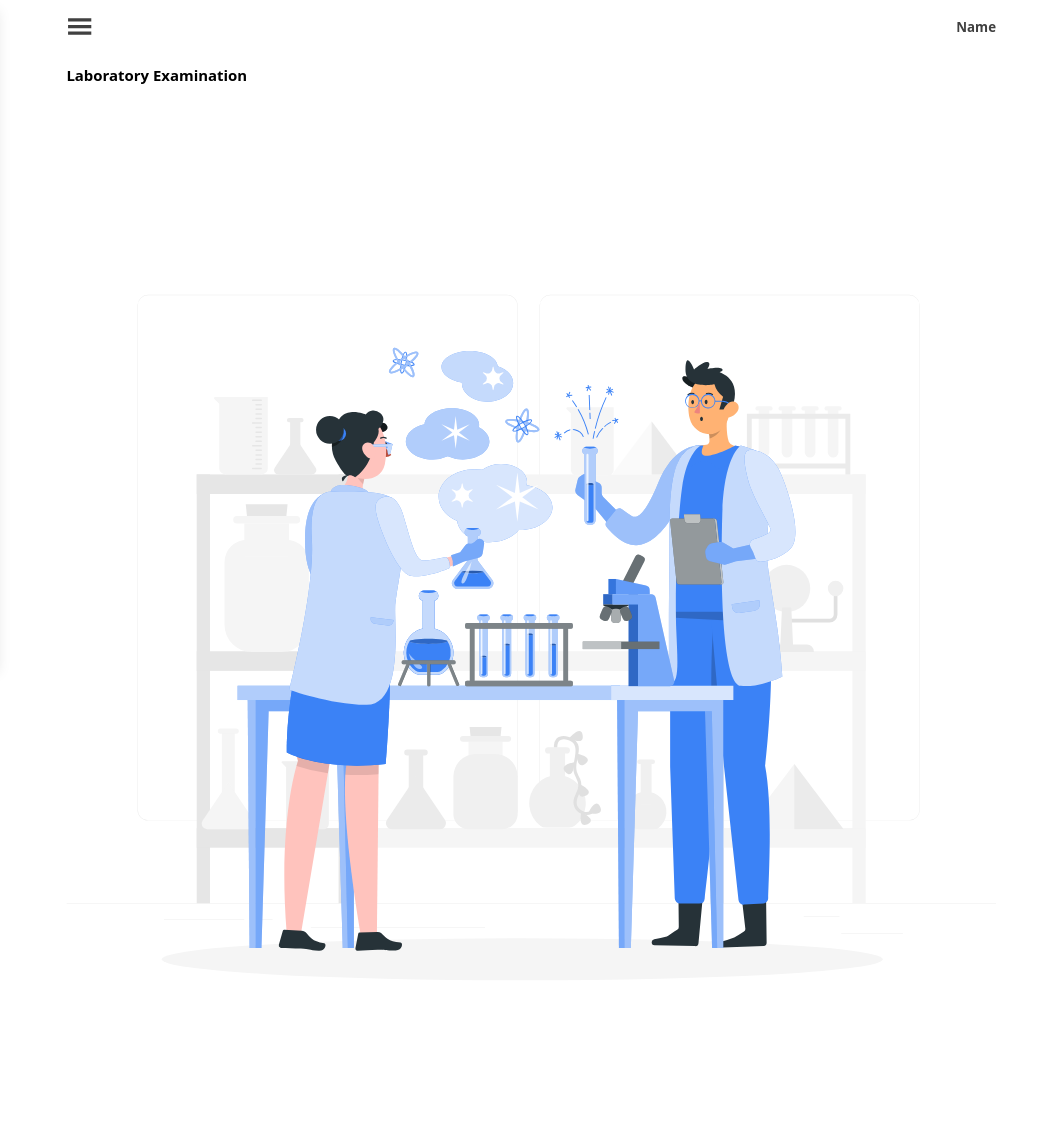
Repository: Sanaa00/HI-user
Page: /laboratory
These files come from the project's save history. The page is drawn as it stood at one moment and after the next save; the edit follows.
The browser window is 1280 px wide. The pictures show the whole page, at 83% of full size.
The page's requests for data from a server got no answer. The project was rebuilt for these pictures with package versions that can differ from the ones it lists, and the page was loaded fresh each time. No one was signed in, and anything a server would have sent is missing. Also part of the build but not shown: vite.config.js, src/App.css, src/Pages/Home.jsx, src/Pages/Prescription.jsx, src/Components/modalComponent.jsx, src/Components/Pagination.jsx, src/Pages/Radiographic.jsx, src/Components/InputField.jsx and 2 more.

Above is the page before, as saved 2024-01-12 15:09:49.

### src/main.jsx
import React from 'react';
import ReactDOM from 'react-dom/client';
import App from './App.jsx';
import './index.css';
import Modal from 'react-modal';
import { BrowserRouter } from 'react-router-dom';
Modal.setAppElement('#root');
ReactDOM.createRoot(document.getElementById('root')).render(
  <React.StrictMode>
    <BrowserRouter>
      {/* <Provider store={store}> */}
      <App />
      {/* </Provider>{' '} */}
    </BrowserRouter>
  </React.StrictMode>,
);

### src/App.jsx
import { Route, Routes } from 'react-router-dom';
import './App.css';
import Home from './Pages/Home';
// import Test from './Pages/Test';
import Navbar from './Components/Navbar';
import Prescription from './Pages/Prescription';
import Laboratory from './Pages/Laboratory';
import Radiographic from './Pages/Radiographic';
import ModalComponent from './Components/modalComponent';
import Login from './Pages/Login';
import SignUp from './Pages/SignUp';

function App() {
  return (
    <>
      <Navbar />
      <Routes>
        <Route path="/home" element={<Home />} />
        <Route path="/laboratory" element={<Laboratory />}>
          <Route path=":id" element={<ModalComponent />} />
        </Route>
        <Route path="/Radiographic" element={<Radiographic />} />
        <Route path="/Prescription" element={<Prescription />} />
        <Route path="/" element={<Login />} />
        <Route path="/signup" element={<SignUp />} />
        {/* <Route path="products" element={<Products />} />
          <Route path="setting" element={<Setting />} />
          <Route path="hide" element={<HideProducts />} /> */}
        {/* </Route> */}
      </Routes>
    </>
  );
}

export default App;

### src/Components/Navbar.jsx
import { useState } from 'react';
import { Link, NavLink } from 'react-router-dom';
import { GiHamburgerMenu } from 'react-icons/gi';
import { IoCloseSharp } from 'react-icons/io5';
function Navbar() {
  const [open, setOpen] = useState(false);
  return (
    <div className="flex text-neutral-700 top-0 z-50 fixed px-4 sm:px-10 md:px-20 justify-between items-center bg-white h-16 w-full">
      <div
        className={` flex justify-between hover:bg-opacity-80 duration-500 hover:duration-500 items-center w-full h-full text-lg font-bold`}
      >
        <button onClick={() => setOpen(!open)} className="">
          <GiHamburgerMenu className="w-8 h-8" />
        </button>{' '}
        <div
          className={` bg-white rounded-sm  flex flex-col fixed w-4/5 lg:w-96 top-0 z-40 left-0 shadow-lg transform duration-500 ease-in-out ${
            open ? 'translate-x-0' : '-translate-x-full'
          }`}
        >
          <button
            onClick={() => setOpen(!open)}
            className="mt-3 mb-2 left-0 px-3 flex h-16"
          >
            <IoCloseSharp className="w-9 h-9" />
          </button>

          <div className="w-full h-screen flex flex-col text-orange p-4">
            <Link to="/home" onClick={() => setOpen(!open)} className="pb-3">
              Person Information
            </Link>
            <Link
              to="/Radiographic"
              onClick={() => setOpen(!open)}
              className="py-3"
            >
              Radiographic examination
            </Link>
            <Link
              to="/laboratory"
              onClick={() => setOpen(!open)}
              className="py-3"
            >
              Laboratory examination
            </Link>
            <Link
              to="/Prescription"
              onClick={() => setOpen(!open)}
              className="py-3"
            >
              Prescription
            </Link>
          </div>
        </div>
      </div>
      <NavLink to="/home" className="ml-2 font-bold">
        Name
      </NavLink>
    </div>
  );
}

export default Navbar;

### src/Pages/Laboratory.jsx
import { useEffect, useState } from 'react';
import Modal from 'react-modal';
import ModalComponent from '../Components/modalComponent';
import Pagination from '../Components/Pagination';
import { supabase } from '../supabaseClient';
import Laboratory from '../assets/images/Laboratory.svg';
function LaboratoryExamination() {
  const [data, setData] = useState([]);

  useEffect(() => {
    const fetchData = async () => {
      const { data, error } = await supabase
        .from('laboratoryExamination')
        .select('*'); // Select all columns, you can specify specific columns if needed
      // .eq('id', 34567890)
      // .single();
      console.log('first', data);
      if (error) console.log('Error', error);
      else setData(data);
    };

    fetchData();
  }, []);

  const Laboratorys = [
    {
      id: 1,
      name: 'Test1',
      Date: '1-1-2000',
      image:
        'https://www.sinotester.com/Uploads/image/20180305/20180305024600_57318.jpg',
    },
    {
      id: 2,
      name: 'Test2',
      Date: '1-1-2000',
      image:
        'https://management.ind.in/img/a/ESIC-Medical-Lab-Technician-Exam-paper-5.jpg',
    },
    {
      id: 3,
      name: 'Test3',
      Date: '1-1-2000',
      image:
        'https://management.ind.in/img/a/ESIC-Medical-Lab-Technician-Exam-paper-5.jpg',
    },
    {
      id: 4,
      name: 'Test4',
      Date: '1-1-2000',
      image:
        'https://management.ind.in/img/a/ESIC-Medical-Lab-Technician-Exam-paper-5.jpg',
    },
    {
      id: 5,
      name: 'Test5',
      Date: '1-1-2000',
      image:
        'https://management.ind.in/img/a/ESIC-Medical-Lab-Technician-Exam-paper-5.jpg',
    },
  ];
  const [modalIsOpen, setIsOpen] = useState(false);
  function closeModal() {
    setIsOpen(false);
  }
  function openModal() {
    setIsOpen(true);
  }
  const customStyles = {
    content: {
      top: '50%',
      left: '50%',
      right: 'auto',
      bottom: 'auto',
      // height: 'fit',
      marginRight: '-50%',
      transform: 'translate(-50%, -50%)',
    },
  };

  return (
    <div className="mt-10 min-h-screen p-4 sm:px-10 md:px-20">
      {' '}
      <div className="mt-5 font-bold text-lg">Laboratory Examination</div>
      {data.length === 0 ? (
        <div className="w-full mt-32 flex justify-center items-center">
          <img src={Laboratory} alt="No Laboratory Examination" />
        </div>
      ) : (
        <div className="flex flex-col lg:grid lg:grid-cols-2 lg:gap-5 xl:grid-cols-3 ">
          {Laboratory.map((item) => {
            return (
              <div key={item.id} className="mt-5  bg-neutral-100 rounded-md">
                <button onClick={openModal} className="w-full h-60">
                  <img
                    src={item.image}
                    alt="test paper"
                    className="w-full h-60 object-cover"
                  />
                </button>
                <Modal
                  onRequestClose={closeModal}
                  isOpen={modalIsOpen}
                  style={customStyles}
                >
                  <ModalComponent item={item} />
                </Modal>
                <div className="p-4 flex justify-between items-center ">
                  <span>{item.name}</span>
                  <span>{item.Date}</span>
                </div>
              </div>
            );
          })}{' '}
          <Pagination />
        </div>
      )}
      <div>{console.log(data)}</div>
      {/* {data.map((item) => (
        <div key={item.id}>
          <div> {item.cardId}</div>
          <div> {item.fullName}</div>
          <div> {item.contactNumber}</div>
          <div> {item.gender}</div>
        </div> */}
      {/* ))}{' '} */}
    </div>
  );
}

export default LaboratoryExamination;

### src/supabaseClient.js
import { createClient } from '@supabase/supabase-js';

const supabaseUrl =
    import.meta.env.VITE_REACT_APP_SUPABASE_URL;
const supabaseAnonKey =
    import.meta.env.VITE_REACT_APP_SUPABASE_ANON_KEY;

export const supabase = createClient(supabaseUrl, supabaseAnonKey);

Loaded but not shown: index.html (common file); src/index.css (common file); tailwind.config.js (common file)

After the next save:
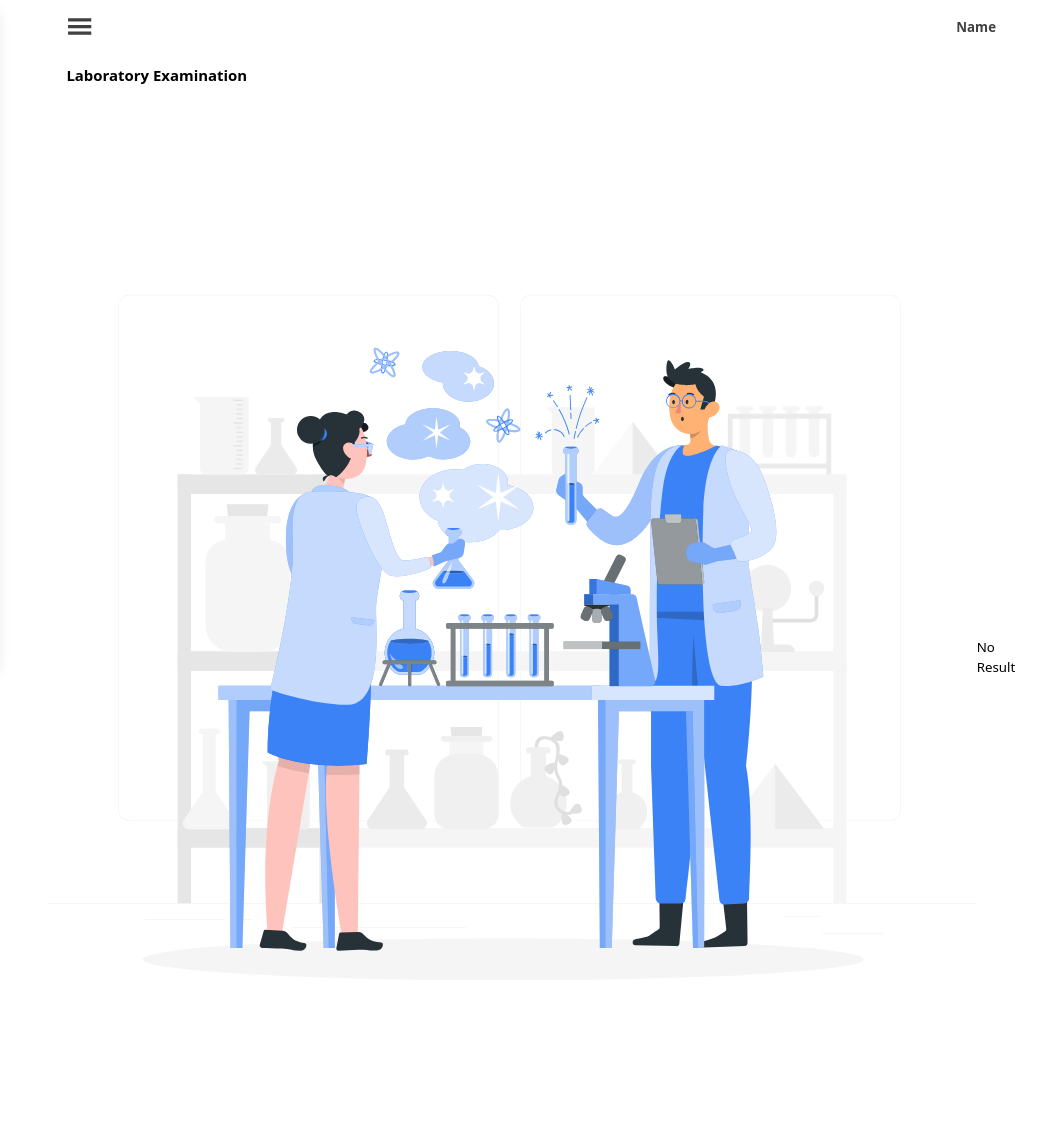
Saved 31 s later.
--- a/src/Pages/Laboratory.jsx
+++ b/src/Pages/Laboratory.jsx
@@ -85,6 +85,7 @@ function LaboratoryExamination() {
       {data.length === 0 ? (
         <div className="w-full mt-32 flex justify-center items-center">
           <img src={Laboratory} alt="No Laboratory Examination" />
+          <p className="font">No Result</p>
         </div>
       ) : (
         <div className="flex flex-col lg:grid lg:grid-cols-2 lg:gap-5 xl:grid-cols-3 ">
